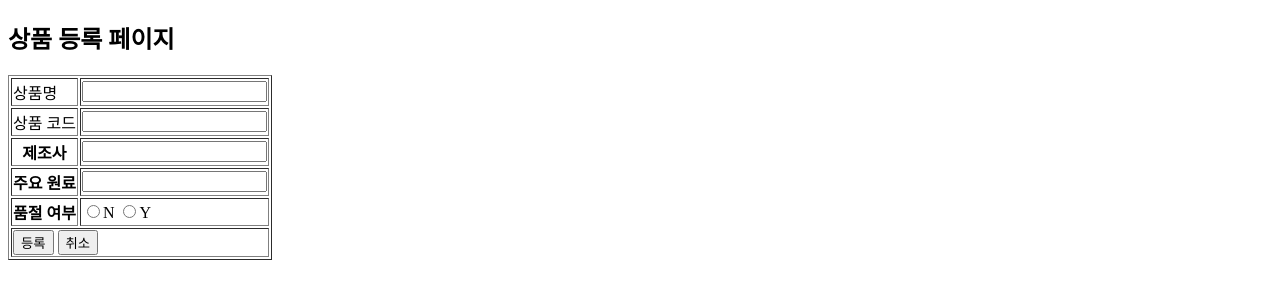
Repository: shinymusket/ideal-memory2
Page: http://localhost/homework08/productReg.jsp
The author's editor kept a copy of each file at every save. The page is drawn from the files as they stood at one save, then again after the next save.
The browser window is 1280 px wide. The pictures show the whole page.
The page is served by Tomcat 9.

Above is the page before, as saved 2022-06-17 00:42:05.

After the next save:
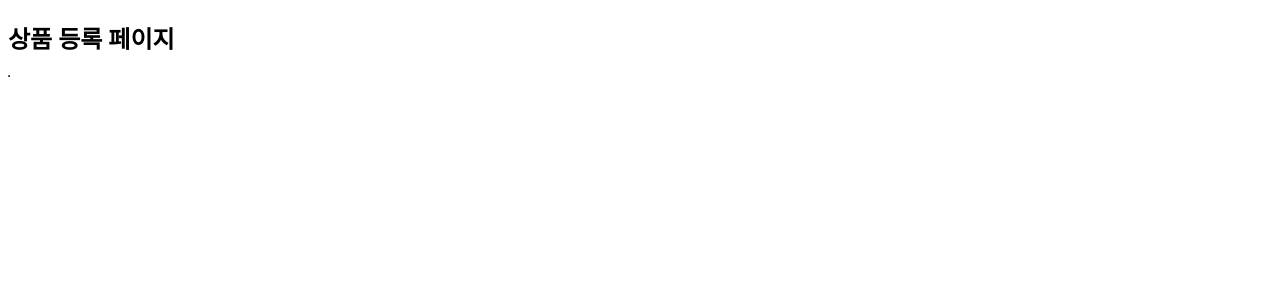
Saved 65 s later.
--- a/homework08/WebContent/productReg.jsp
+++ b/homework08/WebContent/productReg.jsp
@@ -10,63 +10,7 @@
 	<h2>상품 등록 페이지</h2>
 	<table border="1">
 		<form action="PRS" method="post">
-			<tr>
-				<td>
-					상품명
-				</td>
-				<td>
-					<input type="text" name="name">
-				</td>
-			</tr>
 
-			<tr>
-				<td>
-					상품 코드
-				</td>
-				<td>
-					<input type="text" name="code>
-				</td>
-			</tr>
-
-			<tr>
-				<td>
-					상품 코드
-				</td>
-				<td>
-					<input type="number" name="price">
-				</td>
-			</tr>
-			<tr>
-				<th>
-					<label for="manufacturer">제조사</label>
-				</th>
-				<td>
-					<input type="text" id="manufacturer" name="manufacturer">
-				</td>
-			</tr>
-			<tr>
-				<th>
-					<label for="material">주요 원료</label>
-				</th>
-				<td>
-					<input type="text" id="material" name="material">
-				</td>
-			</tr>
-			<tr>
-				<th>
-					<label for="soldout">품절 여부</label>
-				</th>
-				<td>
-					<input type="radio" id="soldout" name="soldout" value="N">N
-					<input type="radio" id="soldout" name="soldout" value="Y">Y
-				</td>
-			</tr>
-			<tr>
-				<td colspan="2">
-					<input type="submit" value="등록">
-					<input type="reset" value="취소">
-				</td>
-			</tr>
 
 		</form>
 	</table>
